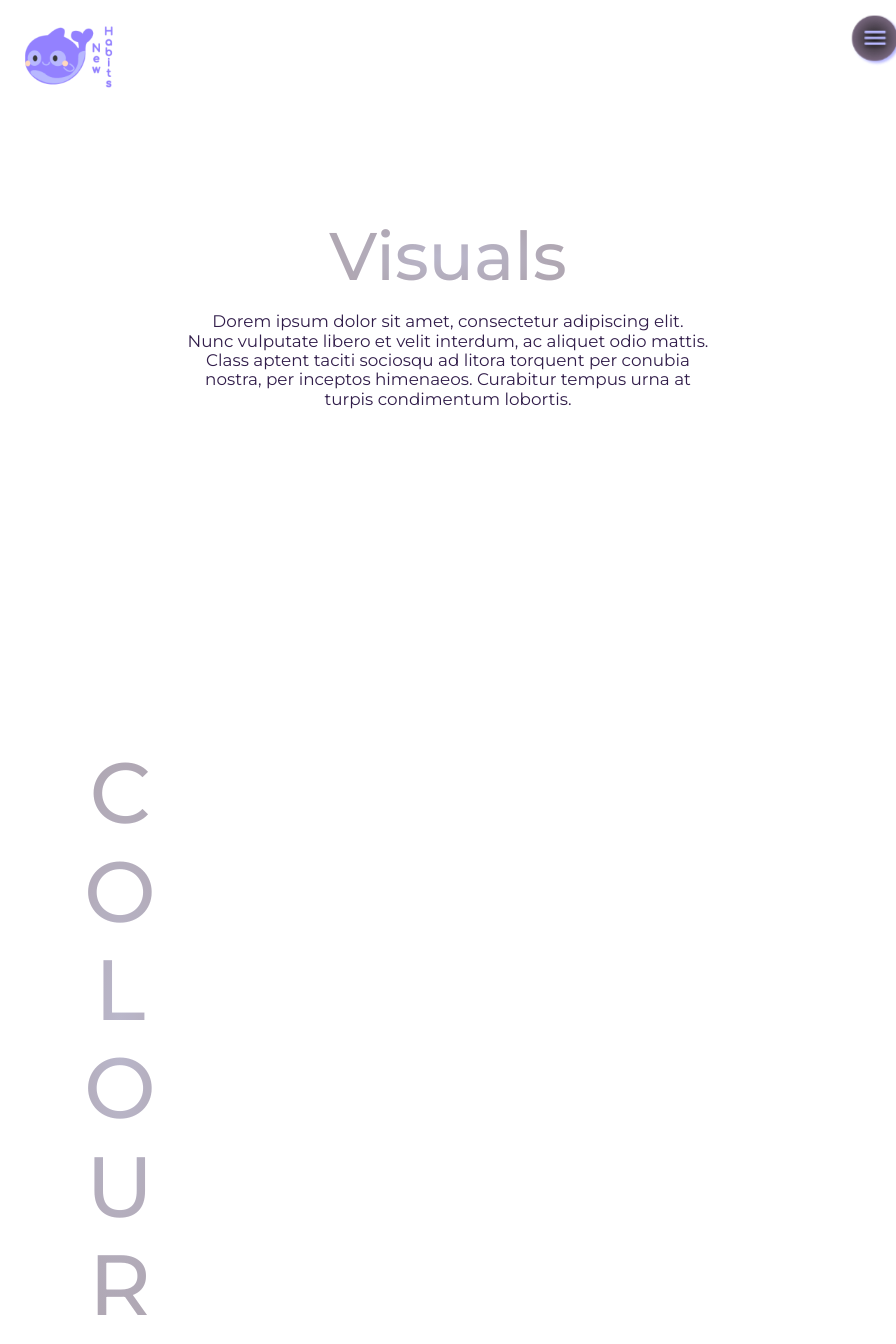
Repository: sierralaurent/Styleguide-Big_Project
Page: visuals.html
An editor plug-in stored every save of this project. The page is shown before and after the next save, followed by the edit.
The browser window is 1280 px wide. The pictures show the part of the page from y = 0 to 1920 px (the page is 3164 px tall), at 70% of full size.
Some web fonts or font styles are not loaded; a fallback is used.

Above is the page before, as saved 2023-03-10 13:47:47.

### visuals.html
<!DOCTYPE html>
<html lang="en">
  <head>
    <title>New Habits Web-App | Visuals </title>
    <meta property="og:title" content="Welcome to the New Habits Web-App Home Page" />
    <meta name="viewport" content="width=device-width, initial-scale=1.0" />
    <meta charset="utf-8" />
    <link rel="icon" type="image/x-icon" href="/assets/favicon.ico">

    <link
      rel="stylesheet"
      href="https://fonts.googleapis.com/css2?family=Montserrat:ital,wght@0,100;0,200;0,300;0,400;0,500;0,600;0,700;0,800;0,900;1,100;1,200;1,300;1,400;1,500;1,600;1,700;1,800;1,900&amp;display=swap"
      data-tag="font"
    />
    <link rel="stylesheet" href="./style.css" />
    <link href="./visuals.css" rel="stylesheet" />
    <link href="./navstyle.css" rel="stylesheet" />

  </head>
  <header>
    <div class="logo">
      <a href="index.html">
        <img src="assets/logo.png" alt="logo" />
      </a>
    </div>
    <div class="navigation">
      <button class="hamburger" onclick="show()">
        <img src="assets/burger.png" />
      </button>
      <nav>
        <h1 class="menutitle">Menu</h1>
        <ul>
          <li><a href="home.html">Home</a></li>
          <li><a>Logo</a></li>
          <li><a>Colours & Typo</a></li>
          <li><a href="visuals.html">Visuals</a></li>
        </ul>
      </nav>
    </div>
    <script src="nav.js"></script>
  </header>
  <body>
    <div>
      <div class="home-container">
        <div class="home-container1">
          <div class="home-container2">
            <h1 class="home-text01 Title">Visuals</h1>
            <p class="home-text02 body">
              Dorem ipsum dolor sit amet, consectetur adipiscing elit. Nunc
              vulputate libero et velit interdum, ac aliquet odio mattis. Class
              aptent taciti sociosqu ad litora torquent per conubia nostra, per
              inceptos himenaeos. Curabitur tempus urna at turpis condimentum
              lobortis.
            </p>
          </div>
        </div>
        <div class="home-container3">
          <p class="home-text03 sidetitle">
            <span>C</span>
            <br />
            <span>O</span>
            <br />
            <span>L</span>
            <br />
            <span>O</span>
            <br />
            <span>U</span>
            <br />
            <span>R</span>
            <br />
          </p>
          <div class="home-text17 body">
            <span class="Colours"></span>
          </div>
        </div>
        <div class="home-container3">
            <p class="home-text03 sidetitle">
              <span>I</span>
              <br />
              <span>C</span>
              <br />
              <span>O</span>
              <br />
              <span>N</span>
              <br />
              <span>S</span>
              <br />
            </p>
            <p class="home-text17 body">
              Dorem ipsum dolor sit amet, consectetur adipiscing elit. Nunc
              vulputate libero et velit interdum, ac aliquet odio mattis. Class
              aptent taciti sociosqu ad litora torquent per conubia nostra, per
              inceptos himenaeos. Curabitur tempus urna at turpis condimentum
              lobortis.
            </p>
          </div>
        <footer class="home-footer">
          <p class="home-text24">
            © 2023 New Habits, All Rights Reserved.
          </p>
        </footer>
      </div>
    </div>
  </body>
</html>

### style.css
:root {
  --dl-black: #212121ff;
  --dl-creme: #f9f9ffff;
  --dl-white: #f8f9f9ff;
  --dark-purple: #311D4A;

}

.body {
  font-size: 24px;
  font-family: Montserrat;
  font-weight: 400;
  line-height: 1.15;
  text-transform: none;
  text-decoration: none;
}
.sidetitle {
  font-size: 122px;
  font-family: Montserrat;
  font-weight: 500;
  line-height: 1.15;
  text-transform: none;
  text-decoration: none;
}
.Title {
  font-size: 96px;
  font-family: Montserrat;
  font-weight: 500;
  line-height: 1.15;
  text-transform: none;
  text-decoration: none;
}

html {
  line-height: 1.15;
}
body {
  margin: 0;
}
* {
  box-sizing: border-box;
  border-width: 0;
  border-style: solid;
}
p,
li,
ul,
pre,
div,
h1,
h2,
figure,
blockquote,
figcaption {
  margin: 0;
  padding: 0;
}

a {
  color: inherit;
  text-decoration: inherit;
}
input {
  padding: 2px 4px;
}
img {
  display: block;
}
html {
  scroll-behavior: smooth;
}

### visuals.css
/* Define the scrollbar style */
::-webkit-scrollbar {
    width: 10px;
  }

  ::-webkit-scrollbar-thumb {
    background-image: linear-gradient(180deg, var(--light-purple) 0%, var(--main-purple) 99%);
    box-shadow: inset 2px 2px 5px 0 var(--creme);
    border-radius: 100px;
  }

  html {
    font-family: Montserrat;
    font-size: 24px;
    scroll-behavior: smooth;
  }

  body {
    font-weight: 400;
    font-style: normal;
    text-decoration: none;
    text-transform: none;
    letter-spacing: normal;
    line-height: 1.15;
    color: var(--black);
    background-color: var(--creme);
  }

  .home-container {
    width: 100%;
    display: flex;
    overflow: auto;
    min-height: 100vh;
    align-items: center;
    flex-direction: column;
  }
  .home-container1 {
    flex: 0 0 auto;
    width: auto;
    height: auto;
    display: flex;
    align-items: flex-start;
    justify-content: center;
  }
  .home-container2 {
    flex: 0 0 auto;
    width: auto;
    display: flex;
    align-self: center;
    margin-top: 5rem;
    align-items: center;
    margin-bottom: 15rem;
    flex-direction: column;
    justify-content: center;
  }
  .home-text {
    font-size: 36px;
    text-align: center;
    font-family: Montserrat;
    background: linear-gradient(0deg, rgba(0, 0, 0, 0.2), rgba(0, 0, 0, 0.2)),
      radial-gradient(
        50% 50% at 50% 50%,
        rgba(147, 129, 255, 0.2) 0%,
        rgba(79, 26, 98, 0.2) 94.12%
      );
    -webkit-background-clip: text;
    -webkit-text-fill-color: transparent;
    background-clip: text;
    text-fill-color: transparent;
  }
  .home-text01 {
    margin-top: 1rem;
    text-align: center;
    margin-bottom: 1rem;
    background: linear-gradient(0deg, rgba(0, 0, 0, 0.2), rgba(0, 0, 0, 0.2)),
      radial-gradient(
        50% 50% at 50% 50%,
        rgba(147, 129, 255, 0.2) 0%,
        rgba(79, 26, 98, 0.2) 94.12%
      );
    -webkit-background-clip: text;
    -webkit-text-fill-color: transparent;
    background-clip: text;
    text-fill-color: transparent;
  }
  .home-text02 {
    width: 31rem;
    text-align: center;
    color: var(--dark-purple);
  }
  .home-container3 {
    flex: 0 0 auto;
    width: 100%;
    height: auto;
    display: flex;
    align-items: flex-start;
    justify-content: center;
  }
  .home-text03 {
    width: 25rem;
    text-align: center;
    background: linear-gradient(0deg, rgba(0, 0, 0, 0.2), rgba(0, 0, 0, 0.2)),
      radial-gradient(
        50% 50% at 50% 50%,
        rgba(147, 129, 255, 0.2) 0%,
        rgba(79, 26, 98, 0.2) 94.12%
      );
    -webkit-background-clip: text;
    -webkit-text-fill-color: transparent;
    background-clip: text;
    text-fill-color: transparent;
  }
  .home-text17 {
    width: auto;
    margin-top: 5rem;
    text-align: left;
    margin-left: 5rem;
    margin-right: 5rem;
    margin-bottom: 5rem;
    color: var(--dark-purple);
  }
  .home-container4 {
    flex: 0 0 auto;
    width: auto;
    height: auto;
    display: flex;
    align-items: flex-start;
    justify-content: center;
  }
  .colours{
    background: lightblue;
    border-radius: 50%;
    width: 100px;
    height: 100px;
  }
  .home-container5 {
    flex: 0 0 auto;
    display: flex;
    align-items: flex-start;
    flex-direction: column;
  }
  .home-text18 {
    width: auto;
    margin-top: 15rem;
    text-align: center;
    margin-bottom: 5rem;
    background: linear-gradient(0deg, rgba(0, 0, 0, 0.2), rgba(0, 0, 0, 0.2)),
      radial-gradient(
        50% 50% at 50% 50%,
        rgba(147, 129, 255, 0.2) 0%,
        rgba(79, 26, 98, 0.2) 94.12%
      );
    -webkit-background-clip: text;
    -webkit-text-fill-color: transparent;
    background-clip: text;
    text-fill-color: transparent;
  }
  .home-container6 {
    flex: 0 0 auto;
    width: auto;
    height: auto;
    display: flex;
    align-items: flex-start;
    margin-bottom: 15rem;
    justify-content: center;
  }
  .home-olivia {
    flex: 0 0 auto;
    display: flex;
    align-items: center;
    flex-direction: column;
  }
  .home-olivia-text {
    width: 25rem;
    font-size: 96px;
    text-align: center;
    font-family: Montserrat;
    font-weight: 500;
    line-height: 1.15;
    margin-bottom: 2rem;
    text-transform: none;
    text-decoration: none;
    background: linear-gradient(0deg, rgba(0, 0, 0, 0.2), rgba(0, 0, 0, 0.2)),
      radial-gradient(
        50% 50% at 50% 50%,
        rgba(147, 129, 255, 0.2) 0%,
        rgba(79, 26, 98, 0.2) 94.12%
      );
    -webkit-background-clip: text;
    -webkit-text-fill-color: transparent;
    background-clip: text;
    text-fill-color: transparent;
  }
  .home-text19 {
    width: 15rem;
    align-self: center;
    text-align: center;
    color: var(--dark-purple);
  }
  .home-elijah {
    flex: 0 0 auto;
    display: flex;
    align-items: center;
    flex-direction: column;
  }
  .home-elijah-text {
    width: 25rem;
    font-size: 96px;
    text-align: center;
    font-family: Montserrat;
    font-weight: 500;
    line-height: 1.15;
    margin-bottom: 2rem;
    text-transform: none;
    text-decoration: none;
    background: linear-gradient(0deg, rgba(0, 0, 0, 0.2), rgba(0, 0, 0, 0.2)),
      radial-gradient(
        50% 50% at 50% 50%,
        rgba(147, 129, 255, 0.2) 0%,
        rgba(79, 26, 98, 0.2) 94.12%
      );
    -webkit-background-clip: text;
    -webkit-text-fill-color: transparent;
    background-clip: text;
    text-fill-color: transparent;
  }
  .home-text20 {
    width: 15rem;
    align-self: center;
    text-align: center;
    color: var(--dark-purple);
  }
  .home-sierra {
    flex: 0 0 auto;
    display: flex;
    align-items: center;
    flex-direction: column;
  }
  .home-sierra-text {
    width: 25rem;
    font-size: 96px;
    text-align: center;
    font-family: Montserrat;
    font-weight: 500;
    line-height: 1.15;
    margin-bottom: 2rem;
    text-transform: none;
    text-decoration: none;
    background: linear-gradient(0deg, rgba(0, 0, 0, 0.2), rgba(0, 0, 0, 0.2)),
      radial-gradient(
        50% 50% at 50% 50%,
        rgba(147, 129, 255, 0.2) 0%,
        rgba(79, 26, 98, 0.2) 94.12%
      );
    -webkit-background-clip: text;
    -webkit-text-fill-color: transparent;
    background-clip: text;
    text-fill-color: transparent;
  }
  .home-text21 {
    width: 15rem;
    align-self: center;
    text-align: center;
    color: var(--dark-purple);
  }
  .home-text23 {
    width: 15rem;
    align-self: center;
    text-align: center;
  }
  .home-footer {
    width: 100%;
    height: 197px;
    display: flex;
    max-width: auto;
    align-self: center;
    align-items: center;
    padding-top: 32px;
    padding-left: 48px;
    padding-right: 48px;
    padding-bottom: 32px;
    justify-content: center;
  }
  .home-text24 {
    text-align: center;
    color: var(--dark-purple);

  }
  @media (max-width: 1600px) {
    .home-container1 {
      width: 100%;
    }
    .home-container2 {
      align-items: center;
      justify-content: center;
    }
    .home-text01 {
      margin-top: 1rem;
      margin-bottom: 1rem;
    }
    .home-container3 {
      width: 100%;
    }
    .home-text03 {
      width: auto;
      margin: 3rem;
      padding: 2rem;
    }
    .home-text17 {
      width: 40rem;
      margin-top: 7rem;
      text-align: left;
      margin-right: 5rem;
    }
    .home-container4 {
      width: auto;
      justify-content: center;
    }
    .home-container5 {
      width: auto;
      height: auto;
      align-items: center;
      justify-content: center;
    }
    .home-text18 {
      width: auto;
      height: auto;
      margin-top: 5rem;
      text-align: center;
      margin-bottom: 5rem;
    }
    .home-container6 {
      width: 100%;
      margin-bottom: 15rem;
    }
    .home-olivia {
      width: 20rem;
      height: auto;
      align-items: center;
      justify-content: center;
    }
    .home-olivia-text {
      width: auto;
      font-size: 46px;
      font-family: Montserrat;
      font-weight: 500;
      line-height: 1.15;
      margin-bottom: 2rem;
      text-transform: none;
      text-decoration: none;
    }
    .home-text19 {
      width: 15rem;
      text-transform: none;
    }
    .home-elijah {
      width: 20rem;
      height: auto;
      align-items: center;
      justify-content: center;
    }
    .home-elijah-text {
      width: auto;
      font-size: 46px;
      font-family: Montserrat;
      font-weight: 500;
      line-height: 1.15;
      margin-bottom: 2rem;
      text-transform: none;
      text-decoration: none;
    }
    .home-text20 {
      width: 15rem;
      text-transform: none;
    }
    .home-sierra {
      width: 20rem;
      height: auto;
      align-items: center;
      justify-content: center;
    }
    .home-sierra-text {
      width: auto;
      font-size: 46px;
      font-family: Montserrat;
      font-weight: 500;
      line-height: 1.15;
      margin-bottom: 2rem;
      text-transform: none;
      text-decoration: none;
    }
    .home-text21 {
      margin-bottom: 2rem;
    }
    .home-text23 {
      width: 15rem;
      text-transform: none;
      color: var(--dark-purple);
    }
  }
  @media (max-width: 1200px) {
    .home-text01 {
      margin-top: 1rem;
      margin-bottom: 1rem;
    }
    .home-container6 {
      align-items: center;
    }
    .home-olivia {
      width: 15rem;
      margin-left: 1rem;
      margin-right: 1rem;
    }
    .home-olivia-text {
      width: auto;
    }
    .home-text19 {
      width: 12rem;
    }
    .home-elijah {
      width: 15rem;
      margin-left: 1rem;
      margin-right: 1rem;
    }
    .home-elijah-text {
      width: auto;
    }
    .home-text20 {
      width: 12rem;
    }
    .home-sierra {
      width: 15rem;
      margin-left: 1rem;
    }
    .home-sierra-text {
      width: auto;
    }
    .home-text23 {
      width: 12rem;
    }
  }
  @media (max-width: 991px) {
    .home-container2 {
      width: 100%;
      height: 307px;
    }
    .home-text01 {
      margin-top: 1rem;
      margin-bottom: 1rem;
    }
    .home-container6 {
      align-items: center;
      flex-direction: column;
    }
    .home-olivia {
      width: 20rem;
      margin-bottom: 3rem;
    }
    .home-olivia-text {
      width: auto;
    }
    .home-text19 {
      width: auto;
    }
    .home-elijah {
      width: 20rem;
      margin-bottom: 3rem;
    }
    .home-elijah-text {
      width: auto;
    }
    .home-text20 {
      width: auto;
    }
    .home-sierra {
      width: 20rem;
    }
    .home-sierra-text {
      width: auto;
    }
    .home-text23 {
      width: 100%;
    }
  }
  @media (max-width: 767px) {
    .home-text01 {
      margin-top: 1rem;
      margin-bottom: 1rem;
    }
    .home-footer {
      padding-left: 32px;
      padding-right: 32px;
    }
    .home-text24 {
      text-align: center;
      margin-left: 16px;
      margin-right: 16px;
    }
  }
  @media (max-width: 479px) {
    .home-text01 {
      margin-top: 1rem;
      margin-bottom: 1rem;
    }
    .home-text02 {
      width: 479px;
    }
    .home-text03 {
      margin-top: 0rem;
      margin-left: 3rem;
      margin-right: 0rem;
      margin-bottom: 0rem;
    }
    .home-footer {
      padding: 16px;
      flex-direction: column;
    }
    .home-text24 {
      margin-left: 0px;
      margin-right: 0px;
      margin-bottom: 16px;
    }
  }

### navstyle.css
@import url("https://fonts.cdnfonts.com/css/montserrat");

* {
  margin: 0;
  padding: 0;
  font-family: "Montserrat", sans-serif;
}

a,
button {
  cursor: pointer;
}

nav {
  position: absolute;
  top: 30px;
  right: 30px;
  width: 250px;
}

.navigation {
  position: fixed;
  top: 0;
  right: -500px;
  width: 312px;
  height: 100%;
  background-image: url("assets/background.png");
  background-size: cover;
  transition: 0.5s;
  border-radius: 27px 0 0 27px;
}

.logo {
    margin: 1.5rem;
}

.menutitle {
  font-family: "Montserrat", sans-serif;
  font-style: normal;
  font-weight: 400;
  font-size: 24px;
  display: flex;
  align-items: left;
  color: rgba(255, 255, 255, 0.32);
  margin: 1rem;
}

.navigation ul li {
  display: flex;
  color: rgba(255, 255, 255, 0.5);
  line-height: 20px;
  text-align: left;
  font-weight: 500;
  list-style-type: none;
  font-size: 14px;
  padding: 20px 30px;
  border-bottom: 0px 64px 64px -32px rgba(41, 15, 0, 0.56);
  transition: all 0.3s ease;
}

.navigation ul li:hover {
  padding: 16px 20px;
  background-image: url("assets/hover.png");
  background-size: cover;
  border-radius: 12px;
}

.hamburger,
.bar {
  position: fixed;
}

.hamburger {
  display: block;
  top: 5%;
  left: 95%;
  width: 30px;
  height: 30px;
  transform: translateY(-50%);
  border: 0;
  background: 0 0;
}

.hamburger.hidden {
  display: none; /* Hide the menu button */
}

.navigation.active {
  right: 0;
  z-index: 1;
}

### nav.js
const hamburger = document.querySelector('.hamburger');
const navigation = document.querySelector('.navigation');

document.addEventListener('click', function(event) {
  const isClickInside = navigation.contains(event.target) || hamburger.contains(event.target);
  if (!isClickInside) {
    navigation.classList.remove('active');
    hamburger.classList.remove('hidden');
  }
});

hamburger.addEventListener('click', function() {
  navigation.classList.add('active');
  hamburger.classList.add('hidden');
});

After the next save:
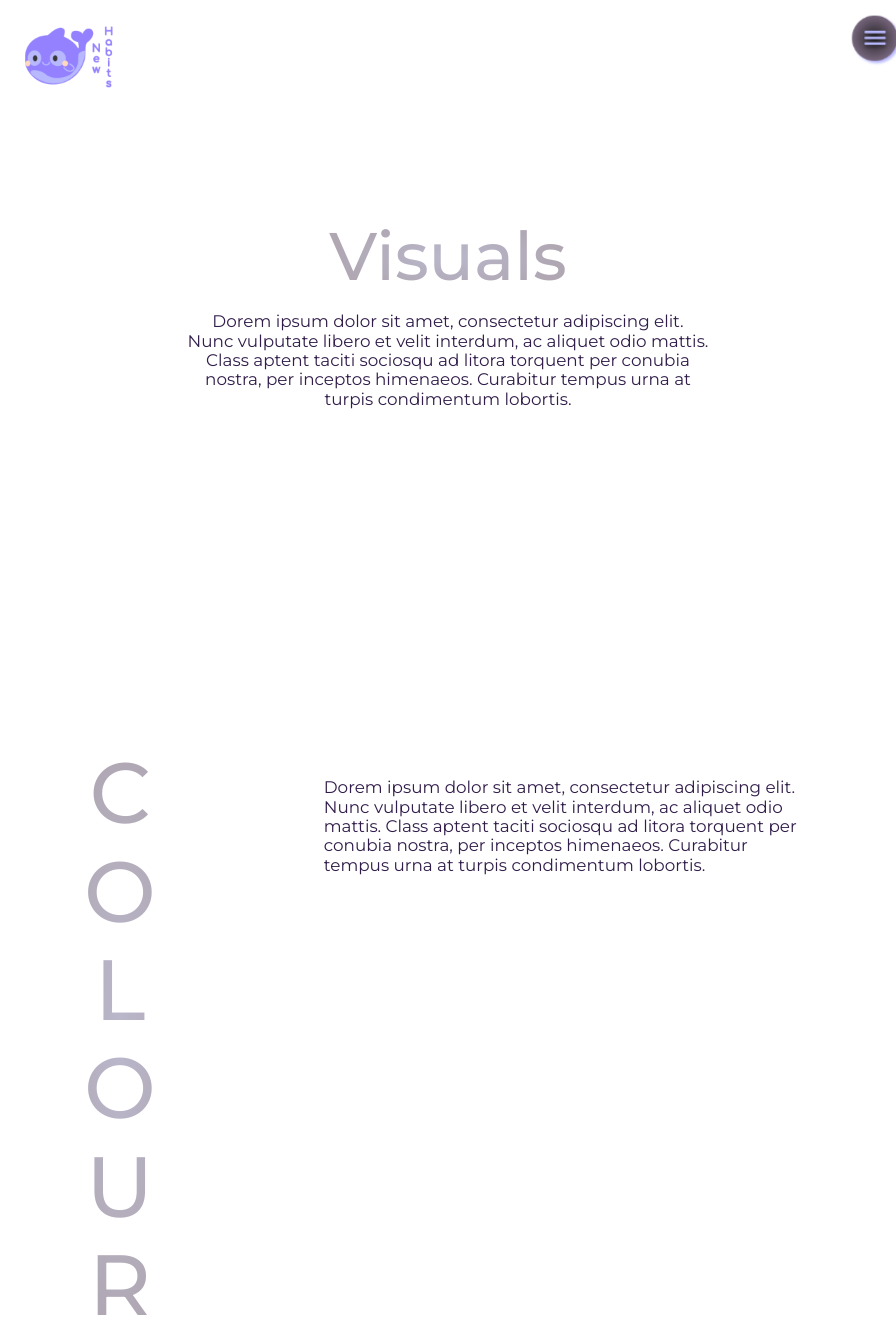
Saved 62 s later.
--- a/visuals.html
+++ b/visuals.html
@@ -70,7 +70,11 @@
             <br />
           </p>
           <div class="home-text17 body">
-            <span class="Colours"></span>
+            Dorem ipsum dolor sit amet, consectetur adipiscing elit. Nunc
+            vulputate libero et velit interdum, ac aliquet odio mattis. Class
+            aptent taciti sociosqu ad litora torquent per conubia nostra, per
+            inceptos himenaeos. Curabitur tempus urna at turpis condimentum
+            lobortis.
           </div>
         </div>
         <div class="home-container3">
